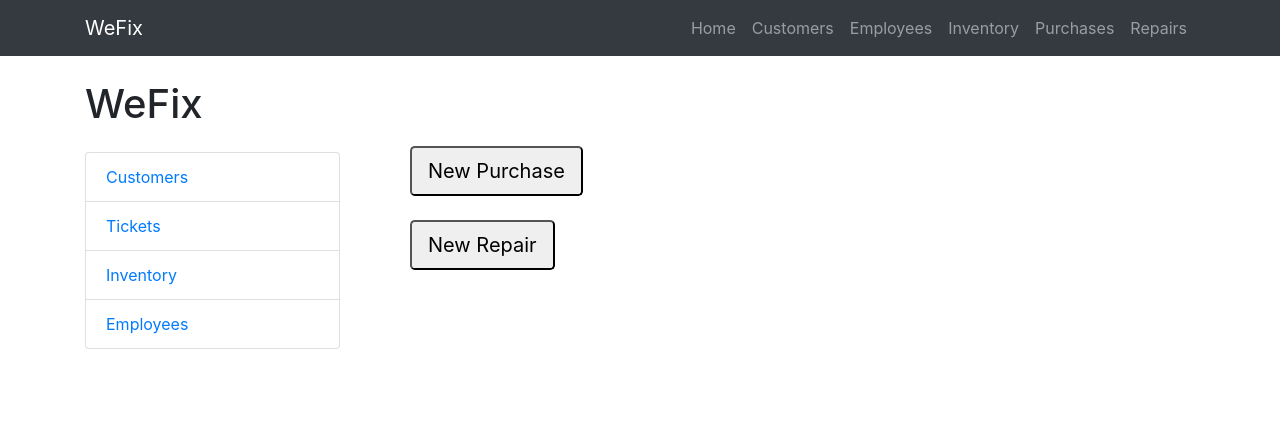
Repository: Map2g/WeFixPOS
Page: http://localhost/pages/index.php
The author's editor kept a record of every edit. The page is drawn from the files as they stood at one moment, then again after the next edit.
The browser window is 1280 px wide. The pictures show the whole page.
The page is run by PHP 8.4 with error messages shown; the project is at /var/www/html/. Other server files are loaded and not shown.

Above is the page before.

### pages/index.php
<?php include ('top.php'); session_start();?>

  <!-- Page Content -->
  <div class="container">

    <div class="row">

      <div class="col-lg-3">

        <h1 class="my-4">WeFix</h1>
        <div class="list-group">
          <a href="Customers.php" class="list-group-item">Customers</a>
          <a href="#" class="list-group-item">Tickets</a>
          <a href="Inventory.php" class="list-group-item">Inventory</a>
          <a href="Employees.php" class="list-group-item">Employees</a>
        </div>

      </div>
      <!-- /.col-lg-3 -->

      <div class="col-lg-9">

        <div class="row">

          <div class="col-lg-4 col-md-6 mb-4" style="top:90px; left:40px;">
              <a href="AddPurchaseForm.php"><button class="btn-lg">New Purchase</button></a>
          </div>
        </div>
        <!-- /.row -->
        <div class="row">
          <div class="col-lg-4 col-md-6 mb-4" style="top:90px; left:40px;">
            <a href="AddRepairFormGeneral.php"><button class="btn-lg">New Repair</button></a>
          </div>
        </div>

      </div>
      <!-- /.col-lg-9 -->



    </div>
    <!-- /.row -->

  </div>
  <!-- /.container -->

  <!-- Footer -->
  <!--<footer class="py-5 bg-dark fixed-bottom">-->
  <!--  <div class="container">-->
  <!--    <p class="m-0 text-center text-white">Copyright &copy; WeFix 2019</p>-->
  <!--  </div>-->
    <!-- /.container -->
  <!--</footer>-->

  <!-- Bootstrap core JavaScript -->
  <script src="vendor/jquery/jquery.min.js"></script>
  <script src="vendor/bootstrap/js/bootstrap.bundle.min.js"></script>

</body>

</html>

### pages/top.php
<!--Navbar included on every non-form page-->

<!DOCTYPE html>
<html lang="en">

<head>

  <meta charset="utf-8">
  <meta name="viewport" content="width=device-width, initial-scale=1, shrink-to-fit=no">
  <meta name="description" content="Database Project">
  <meta name="author" content="Team Wardia">

  <title>WeFix</title>

  <!-- Bootstrap core CSS -->
  <link href="vendor/bootstrap/css/bootstrap.min.css" rel="stylesheet">

  <!-- Custom styles for this template -->
  <link href="css/shop-homepage.css" rel="stylesheet">

</head>

<body>

  <!-- Navigation -->
  <nav class="navbar navbar-expand-lg navbar-dark bg-dark fixed-top">
    <div class="container">
      <a class="navbar-brand" href="index.php">WeFix</a>
      <h class="navbar-brand" style="color:#FFF; left:30px"></h>
      <button class="navbar-toggler" type="button" data-toggle="collapse" data-target="#navbarResponsive" aria-controls="navbarResponsive" aria-expanded="false" aria-label="Toggle navigation">
        <span class="navbar-toggler-icon"></span>
      </button>
      <div class="collapse navbar-collapse" id="navbarResponsive">
        <ul class="navbar-nav ml-auto">
          <li class="nav-item">
            <a class="nav-link" href="index.php">Home
              <span class="sr-only">(current)</span>
            </a>
          </li>
          <li class="nav-item">
            <a class="nav-link" href="Customers.php">Customers</a>
          </li>
          <li class="nav-item">
            <a class="nav-link" href="Employees.php">Employees</a>
          </li>
          <li class="nav-item">
            <a class="nav-link" href="Inventory.php">Inventory</a>
          </li>
          <li class="nav-item">
            <a class="nav-link" href="Purchase.php">Purchases</a>
          </li>
          <li class="nav-item">
            <a class="nav-link" href="Repairs.php">Repairs</a>
          </li>
        </ul>
      </div>
    </div>
  </nav>

<!--</html>-->

Loaded but not shown: css/shop-homepage.css (library)

After the next edit:
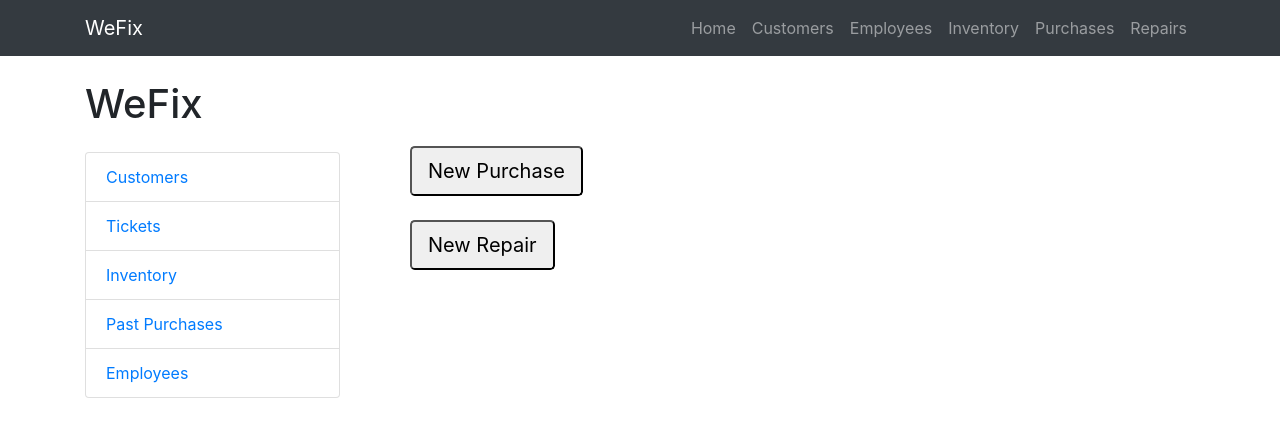
The edit:
--- a/pages/index.php
+++ b/pages/index.php
@@ -10,8 +10,9 @@
         <h1 class="my-4">WeFix</h1>
         <div class="list-group">
           <a href="Customers.php" class="list-group-item">Customers</a>
-          <a href="#" class="list-group-item">Tickets</a>
+          <a href="Repairs.php" class="list-group-item">Tickets</a>
           <a href="Inventory.php" class="list-group-item">Inventory</a>
+          <a href="Purchase.php" class="list-group-item">Past Purchases</a>
           <a href="Employees.php" class="list-group-item">Employees</a>
         </div>
 
